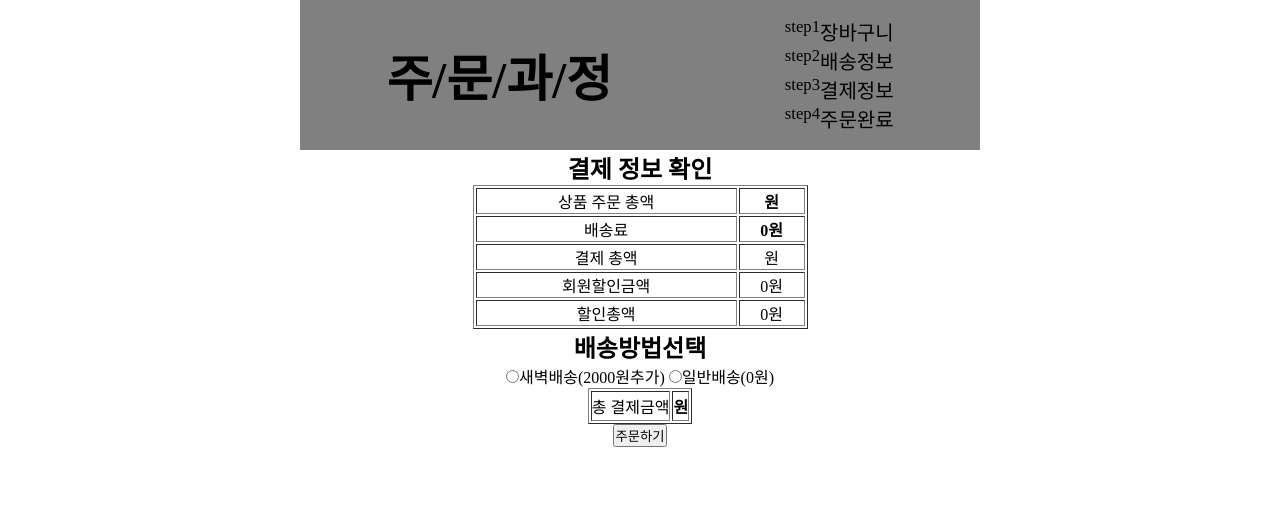
Repository: kym-1000/book
Page: http://localhost/book/WEB-INF/views/cart/pay.jsp
These files come from the project's save history. The page is drawn as it stood at one moment and after the next save; the edit follows.
The browser window is 1280 px wide. The pictures show the whole page.
The page is served by Tomcat 9. Nobody is signed in. Other server files are loaded and not shown. The template is opened directly, without the code that normally fills it, so the values that code supplies are empty.

Above is the page before, as saved 2023-01-03 07:34:30.
Console error: SyntaxError: Unexpected token ';'

### book/book/src/main/webapp/WEB-INF/views/cart/pay.jsp
<%@ page language="java" contentType="text/html; charset=UTF-8"
    pageEncoding="UTF-8"%>
<!DOCTYPE html>
<html>
<head>
<meta charset="UTF-8">
<title>Insert title here</title>

<style type="text/css">
	*{
		margin: auto;
		padding: 0;
		}

	#pay{
		text-align: center;
		display : flex;
		align-items : center;

	}


</style>
</head>
<body>

	<jsp:include page="../cart/cartheader.jsp"></jsp:include>

	<h2 style="text-align: center;"> 결제 정보 확인</h2>

	<div id="pay">

	<form action="/cart/order" method="post">

               <table width="335" border="1">
                 <tbody>
                   <tr>
                     <td class="td1">상품 주문 총액  </td>
                     <td class="td2"><strong><span >${sum}</span>원</strong></td>
                   </tr>
                   <tr>
                     <td class="td1">배송료</td>
                     <td class="td2"><strong><span id="delivery" >0</span>원</strong></td>
                   </tr>
                   <tr>
                     <td class="td1">결제 총액</td>
                     <td class="td2"><strong>${sum}</strong>원</td>
                   </tr>
                   <tr>
                     <td class="td1">회원할인금액</td>
                     <td class="td2"><span>0</span>원</td>
                   </tr>
                     <tr>
                     <td class="td1">할인총액</td>
                     <td class="td2"><span>0</span>원</td>
                   </tr>

                 </tbody>
               </table>

		       <h2 style="text-align: center;">배송방법선택</h2>

				<div id="productprice" style="text-align: center;">
						<input type='radio'
						       name='delivery'
						       value='2000'
						       onclick='getdeliveryPrice(event)'/>새벽배송(2000원추가)
						<input type='radio'
						       name='delivery'
						       value='0'
						       onclick='getdeliveryPrice(event)'/>일반배송(0원)
				</div>

            <table  border="1">
               <tbody>
                 <tr>
                  <td height="28" >총 결제금액</td>
                  <td height="28" ><strong><span id='result'>${sum}</span>원</strong></td>
                 </tr>
            	</tbody>
            </table>

            <button type="submit" id="btn" >주문하기</button>

		</form>

		</div>

		<script type="text/javascript">
			function getdeliveryPrice(event) {
			  document.getElementById('result').innerText =
				 parseInt(event.target.value)+${sum};

			  document.getElementById('delivery').innerText =
				 parseInt(event.target.value);
			}
		</script>



</body>
</html>

### book/book/src/main/webapp/WEB-INF/views/cart/cartheader.jsp
<%@ page language="java" contentType="text/html; charset=UTF-8"
    pageEncoding="UTF-8"%>
<%@ taglib uri="http://java.sun.com/jsp/jstl/core" prefix="c" %>
<!DOCTYPE html>
<html>
<head>
<meta charset="UTF-8">
<title>Insert title here</title>
<style type="text/css">

	#pagetop{
		margin-left: 300px;
		margin-right: 300px;
	    background-color: grey;
	    font-size: 20px;
		height: 150px;
		display : flex;
	  	/* justify-content : center; */
	  	align-items : center;
	}

</style>
</head>
<body>

	<div id="pagetop">
		<h2 style="text-align: left; font-size: 50px">
			주/문/과/정
		</h2>
		<div style="text-align: right;">

		<c:choose >
		<c:when test="${msg eq 1}">
		<div style="color: red">
		<sup>step1</sup>장바구니
		</div>
		</c:when>
		<c:otherwise>
		<div>
		<sup>step1</sup>장바구니
		</div>
		</c:otherwise>
		</c:choose>

		<c:choose>
		<c:when test="${msg eq 2}">
		<div style="color: red">
		<sup>step2</sup>배송정보
		</div>
		</c:when>
		<c:otherwise>
		<div>
		<sup>step2</sup>배송정보
		</div>
		</c:otherwise>
		</c:choose>

		<c:choose>
		<c:when test="${msg eq 3}">
		<div style="color: red">
		<sup>step3</sup>결제정보
		</div>
		</c:when>
		<c:otherwise>
		<div>
		<sup>step3</sup>결제정보
		</div>
		</c:otherwise>
		</c:choose>

		<c:choose>
		<c:when test="${msg eq 4}">
		<div style="color: red">
		<sup>step4</sup>주문완료
		</div>
		</c:when>
		<c:otherwise>
		<div>
		<sup>step4</sup>주문완료
		</div>
		</c:otherwise>
		</c:choose>

		</div>
	</div>

</body>
</html>

After the next save:
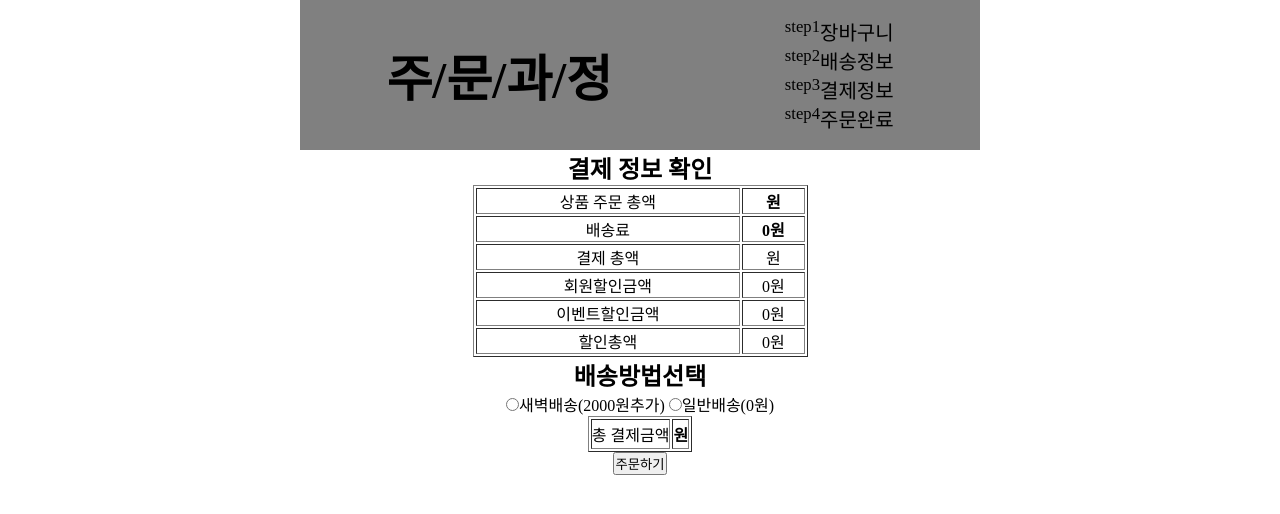
Saved 14 s later.
--- a/book/book/src/main/webapp/WEB-INF/views/cart/pay.jsp
+++ b/book/book/src/main/webapp/WEB-INF/views/cart/pay.jsp
@@ -50,6 +50,10 @@
                      <td class="td1">회원할인금액</td>
                      <td class="td2"><span>0</span>원</td>
                    </tr>
+                   <tr>
+                     <td class="td1">이벤트할인금액</td>
+                     <td class="td2"><span>0</span>원</td>
+                   </tr>
                      <tr>
                      <td class="td1">할인총액</td>
                      <td class="td2"><span>0</span>원</td>
